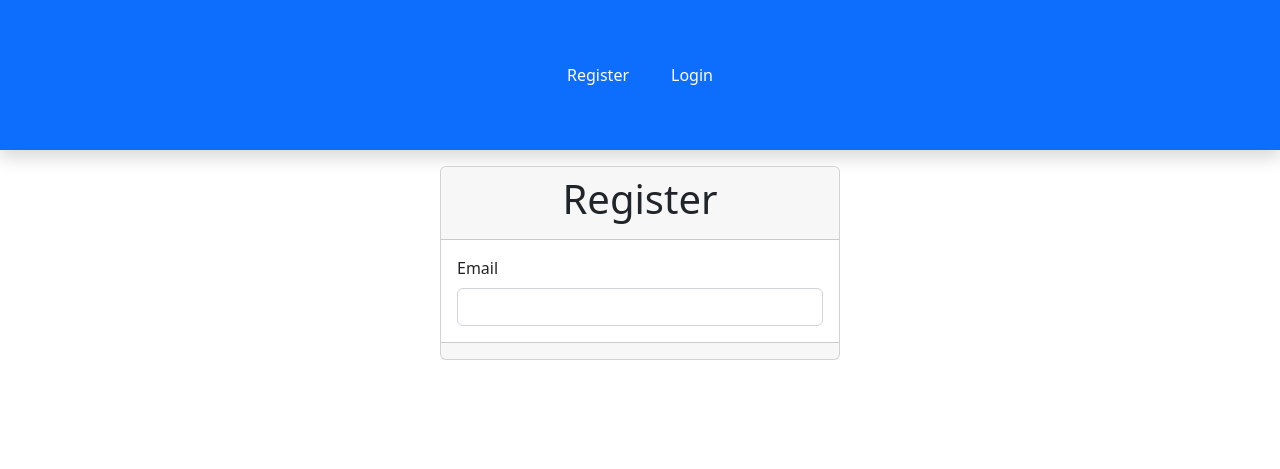
Repository: loveleii/firebase-login-logout
Page: /
These files come from the project's save history. The page is drawn as it stood at one moment and after a run of saves; the edit follows.
The browser window is 1280 px wide. The pictures show the whole page.
The project was rebuilt for these pictures with package versions that can differ from the ones it lists, and the page was loaded fresh each time. Also part of the build but not shown: vite.config.ts, src/views/loginView.vue, src/assets/main.css.

Above is the page before, as saved 2023-03-04 19:42:46.

After the next 2 saves:
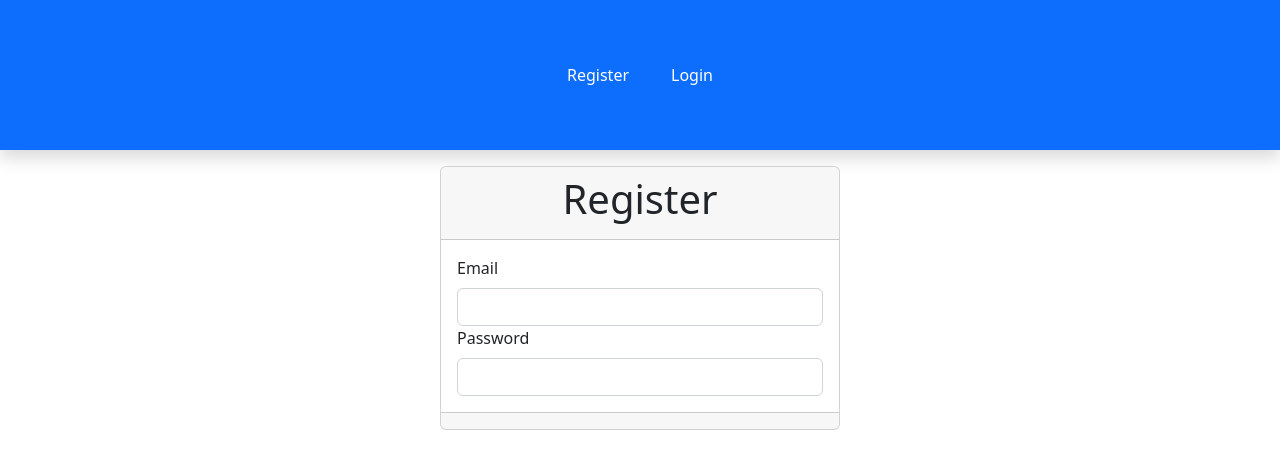
The 2 saves are shown as one change because they came seconds apart.
The last was saved 16 s later.
--- a/src/views/registerView.vue
+++ b/src/views/registerView.vue
@@ -6,6 +6,11 @@
         <div class="card-body float-left">
             <div class="form-group">
                 <label for="" class="form-label float-start">Email</label>
+                <input type="text" name="" id="" class="form-control">
+            </div>
+
+            <div class="form-group">
+                <label for="" class="form-label float-start">Password</label>
                 <input type="text" name="" id="" class="form-control">
             </div>
 
